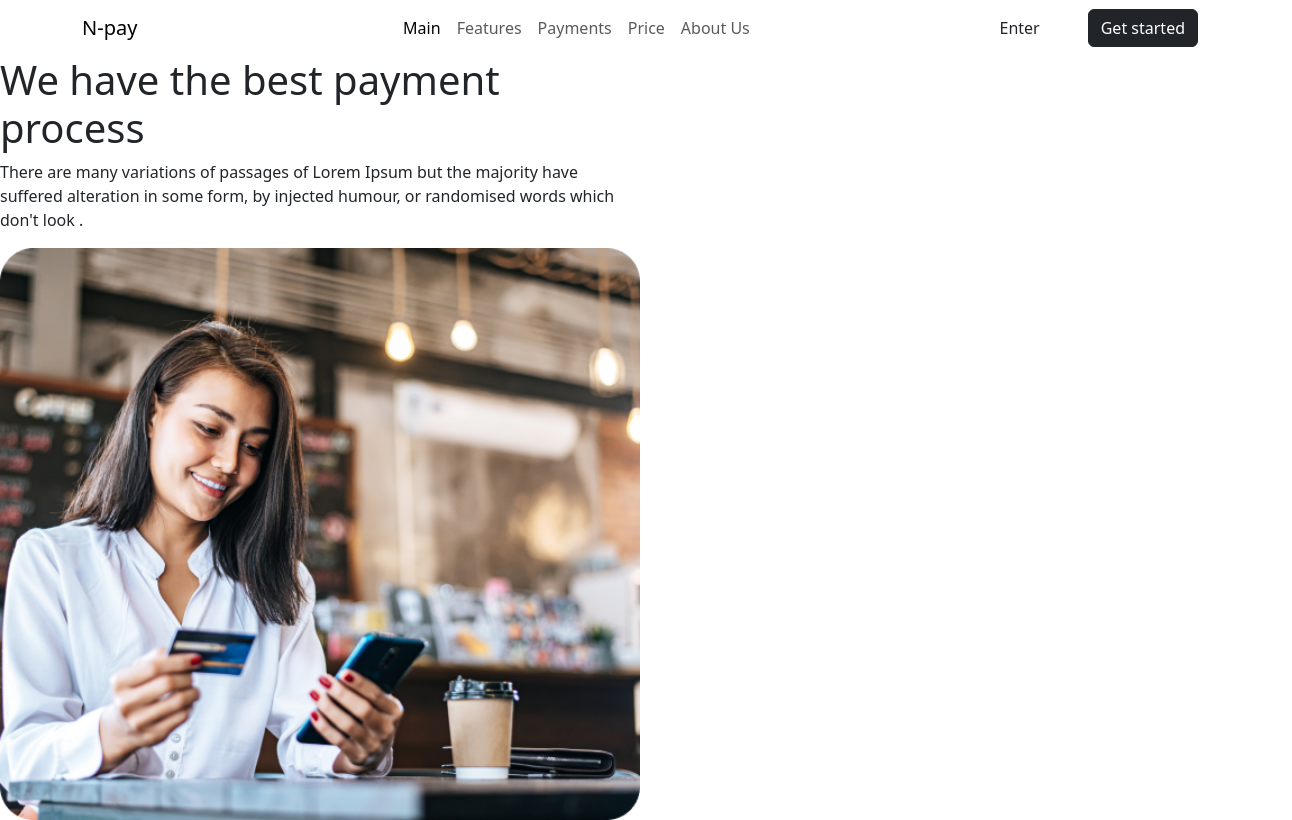
Repository: Senianga/N-pay
Page: index.html
These files come from the project's save history. The page is drawn as it stood at one moment and after the next save; the edit follows.
The browser window is 1280 px wide. The page is 1280 px wide, then 1292 px, so the pictures cover 1292 px, including what lies to the right of the window. The pictures show the whole page.
The style sheet was rebuilt from its Sass, Less or Tailwind sources for each picture, by a compiler version that may differ from the author's.

Above is the page before, as saved 2023-05-01 14:46:05.

### index.html
<!doctype html>
<html lang="en">
  <head>
    <meta charset="utf-8">
    <meta name="viewport" content="width=device-width, initial-scale=1">
    <title>N-pay</title>
    <link rel="stylesheet" href="css/normalize.css">
    <link href="https://cdn.jsdelivr.net/npm/bootstrap@5.3.0-alpha3/dist/css/bootstrap.min.css" rel="stylesheet" integrity="sha384-KK94CHFLLe+nY2dmCWGMq91rCGa5gtU4mk92HdvYe+M/SXH301p5ILy+dN9+nJOZ" crossorigin="anonymous">
    <link rel="stylesheet" href="css/style.css">
  </head>
  <body>
    <header>
        <nav class="navbar navbar-expand-lg ">
            <div class="container">
              <a class="navbar-brand" href="#">N-pay</a>
              <button class="navbar-toggler" type="button" data-bs-toggle="collapse" data-bs-target="#navbarSupportedContent" aria-controls="navbarSupportedContent" aria-expanded="false" aria-label="Переключатель навигации">
                <span class="navbar-toggler-icon"></span>
              </button>
              <div class="collapse navbar-collapse" id="navbarSupportedContent">
                <ul class="navbar-nav ms-auto mb-2 mb-lg-0">
                  <li class="nav-item">
                      <a class="nav-link active" aria-current="page" href="#">Main</a>
                  </li>
                  <li class="nav-item">
                    <a class="nav-link"  href="#">Features</a>
                  </li>
                  <li class="nav-item">
                    <a class="nav-link" href="#">Payments</a>
                  </li>
                  <li class="nav-item dropdown">
                    <a class="nav-link" href="#" role="button" data-bs-toggle="dropdown" aria-expanded="false">
                      Price
                    </a>

                  </li>                 <li class="nav-item">
                    <a class="nav-link">About Us</a>
                  </li>
                </ul>
                <div class="bavbar-nav d-flex align-items-lg-center ms-auto mb-2 mb-lg-0">
                    <a class="nav-link me-5" href="#">Enter</a>
                    <button class="btn btn-dark ms-auto" type="submit">Get started</button>
                </div>
              </div>
            </div>
          </nav>
    </header>
    <main>
        <container-main class="bg-body-tertiary">
            <div class="row"></div>
                <div class="col-mg-6 col-sm-12">
                    <h1 class="col-5">
                        We have the best
                        payment process
                    </h1>
                    <p class="col-6">
                        There are many variations of passages of Lorem Ipsum
 but the majority have suffered alteration in some form, by injected humour, or randomised words which don't look .
                    </p>
                </div>
                <img src="img/image.png" alt="Main picture" class="img-fluid col-md-6 col-sm-12">
            </row>

        </container-main>
    </main>




    <script src="https://cdn.jsdelivr.net/npm/bootstrap@5.3.0-alpha3/dist/js/bootstrap.bundle.min.js" integrity="sha384-ENjdO4Dr2bkBIFxQpeoTz1HIcje39Wm4jDKdf19U8gI4ddQ3GYNS7NTKfAdVQSZe" crossorigin="anonymous"></script>
  </body>
</html>
<!-- <div class="collapse navbar-collapse" id="navbarNav">
    <div class=" nav justify-content-center">
        <a class="nav-link active" aria-current="page" href="#">Main</a>
        <a class="nav-link" href="#">Featers</a>
        <a class="nav-link" href="#">Payments</a>
        <a class="nav-link" href="#">Price</a>
        <a class="nav-link" href="#">About Us</a>
    </div>
</div>
<div class="collapse navbar-collapse" id="navbarNav">
    <a class="nav-link" href="#">Enter</a>
    <button class="btn btn-outline-secondary" type="submit">Поиск</button>

</div>
</div>
</nav> -->

<!-- <div class="container">
    <nav class="navbar navbar-expand-lg bg-body-tertiary">
      <div class="container-fluid">
        <a class="navbar-brand bg-dark col-2 mb-0 h-1" href="#">N-pay</a>
            <button class="navbar-toggler" type="button" data-bs-toggle="collapse" data-bs-target="#navbarSupportedContent" aria-controls="navbarSupportedContent" aria-expanded="false" aria-label="N-pay">
                <span class="navbar-toggler-icon"></span>
            </button>
        <div class="collapse navbar-collapse bg-primary " id="navbarSupportedContent">
            <div class="navbar-nav">
                <a class="nav-link" href="#">Main</a>
                <a class="nav-link" href="#">Features</a>
                <a class="nav-link" href="#">Payments</a>
                <a class="nav-link" href="#">Price</a>
                <a class="nav-link" href="#">About Us</a>
            </div>

            <div class="nav justify-content-end bg-danger col-3">
                <a class="nav-link" href="#">Enter</a>
                <button class="btn btn-dark" type="submit">Get started</button>
            </div>
        </div>
    </nav>
  </div> -->

### style.scss
:root {
    --bg2: #F4F7FC;
}

Loaded but not shown: css/normalize.css (no stored copy; drawn as an empty file)

After the next save:
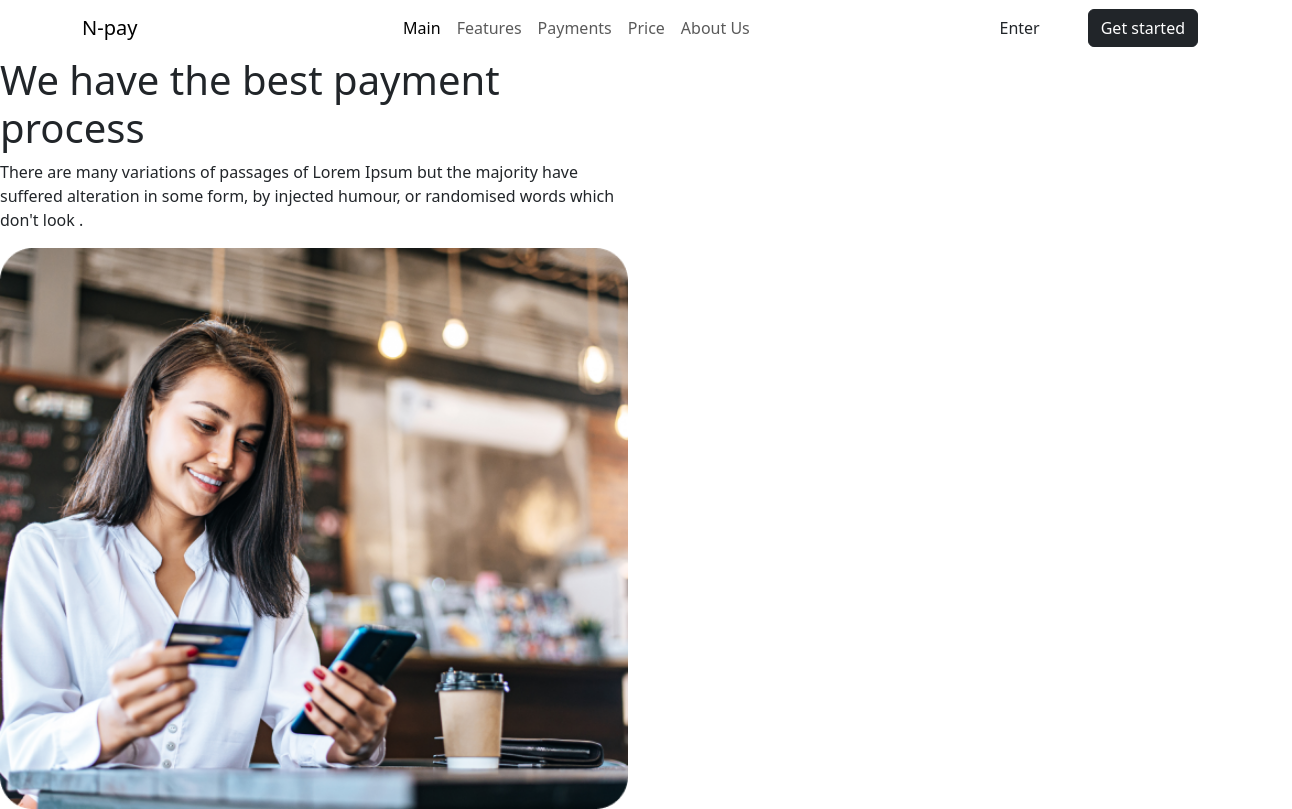
Saved 7 s later.
--- a/index.html
+++ b/index.html
@@ -46,7 +46,7 @@
     </header>
     <main>
         <container-main class="bg-body-tertiary">
-            <div class="row"></div>
+            <div class="row">
                 <div class="col-mg-6 col-sm-12">
                     <h1 class="col-5">
                         We have the best
